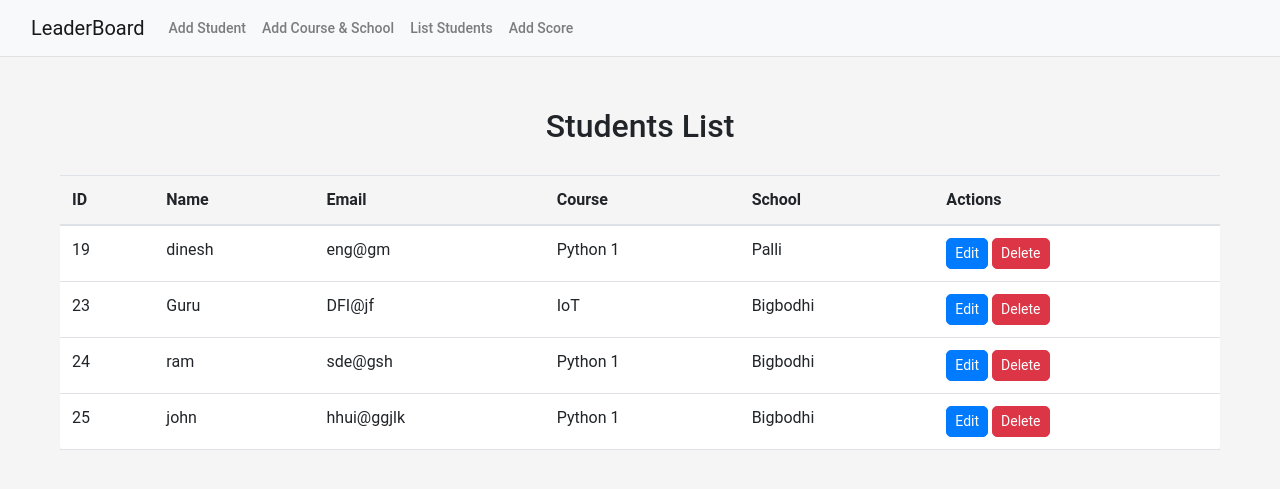
Repository: bigbodhiacademy/gBoard
Page: http://localhost/list_students.php
The author's editor kept a copy of each file at every save. The page is drawn from the files as they stood at one save, then again after the next save.
The browser window is 1280 px wide. The pictures show the whole page.
The page is run by PHP 8.4 with error messages shown; the project is at /var/www/html/. The database holds what the project's SQL file puts in it.

Above is the page before, as saved 2023-04-20 21:29:58.
Not found: scripts.js

After the next save:
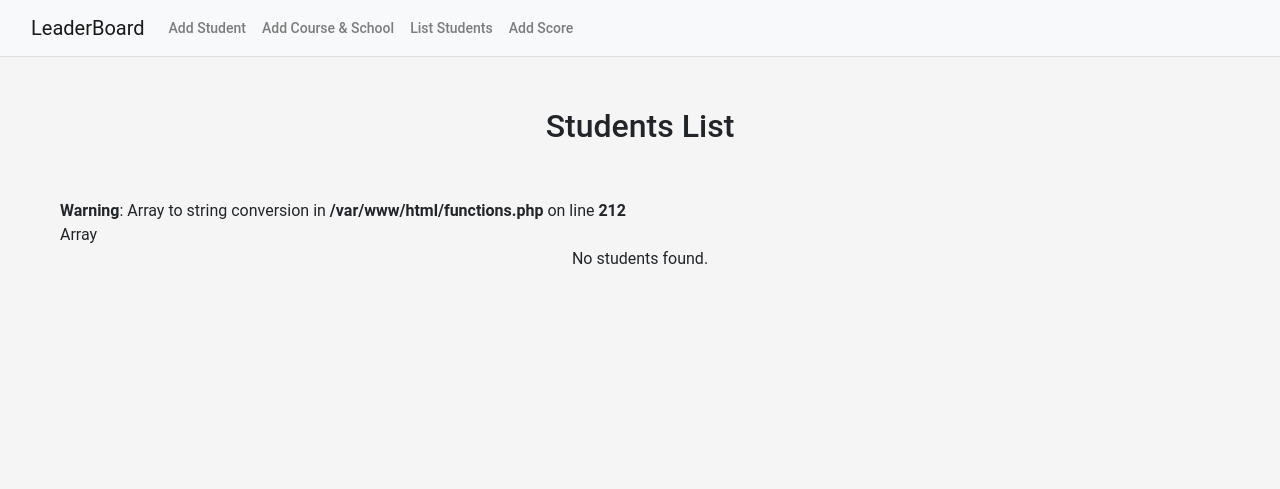
Saved 94 s later.
--- a/functions.php
+++ b/functions.php
@@ -209,6 +209,7 @@ function getStudents() {
   global $conn;
 
   $result = $conn->query("SELECT * FROM students");
+  echo $result->fetch_all(MYSQLI_ASSOC);
   return $result->fetch_all(MYSQLI_ASSOC);
 }
 
